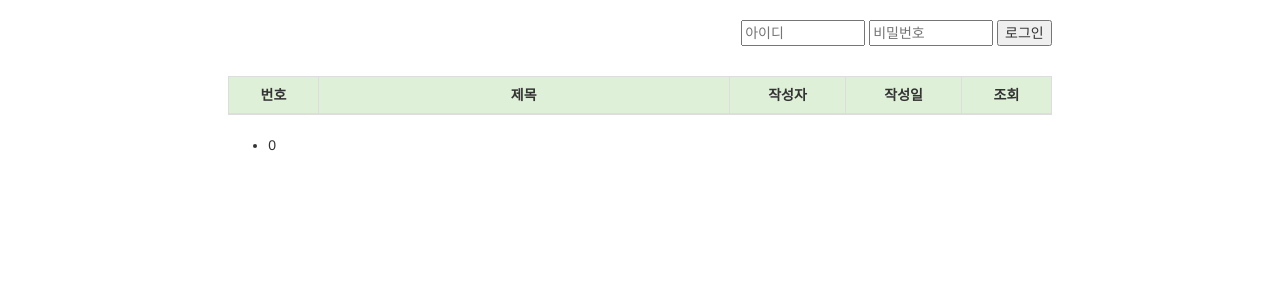
Repository: JinYongHyeon/kosta
Page: http://localhost/webstudy40-board-step4-update/
The author's editor kept a copy of each file at every save. The page is drawn from the files as they stood at one save, then again after the next save.
The browser window is 1280 px wide. The pictures show the whole page.
The page is served by Tomcat 9. Other server files are loaded and not shown. Queries for data that is not in the repository find no rows.

Above is the page before, as saved 2020-09-30 08:14:03.

### web-workspace2/webstudy40-board-step4-update/WebContent/index.jsp
<%@ page language="java" contentType="text/html; charset=UTF-8"
    pageEncoding="UTF-8"%>
    <%@ taglib prefix="c" uri="http://java.sun.com/jsp/jstl/core"%>
 <jsp:forward page="front">
 	<jsp:param name="command" value="List" />
 </jsp:forward>

### web-workspace2/webstudy40-board-step4-update/WebContent/template/layout.jsp
<%@ page language="java" contentType="text/html; charset=UTF-8"
    pageEncoding="UTF-8"%>
<%@ taglib prefix="c" uri="http://java.sun.com/jsp/jstl/core" %>
<!DOCTYPE html>
<html lang="en">
<head>
  <title>board</title>
  <meta charset="utf-8">
  <meta name="viewport" content="width=device-width, initial-scale=1">
  <link rel="stylesheet" href="https://maxcdn.bootstrapcdn.com/bootstrap/3.3.7/css/bootstrap.min.css">
  <link rel="stylesheet" href="${pageContext.request.contextPath}/css/myhome.css">
</head>
<body>
<!-- container-fluid: 화면 너비와 상관없이 항상 100% -->
<div class="container-fluid">
  <div class="row header">
    <div class="col-sm-8 col-sm-offset-2" align="right">
   	<c:import url="/template/header.jsp"></c:import>
    </div>
  </div>
  <div class="row main">
    <div class="col-sm-8 col-sm-offset-2">
	<c:import url="${url}"></c:import>
    </div>
  </div>
</div>
</body>
</html>

### web-workspace2/webstudy40-board-step4-update/WebContent/template/header.jsp
<%@ page language="java" contentType="text/html; charset=UTF-8"
    pageEncoding="UTF-8"%>
    <%@ taglib prefix="c" uri="http://java.sun.com/jsp/jstl/core" %>
   <script type="text/javascript">
	function logout(){
		var f=confirm("로그아웃하시겠습니까?");
		if(f)
			location.href="${pageContext.request.contextPath}/front?command=Logout";
	}
</script>
<c:choose>
<c:when test="${sessionScope.mvo==null}">
<form method="post" action="${pageContext.request.contextPath}/front">
<input type="hidden" name="command" value="Login">
    <input type="text" name="id"   placeholder="아이디" size="12">
   <input type="password" name="password"  placeholder="비밀번호" size="12">
    <input type="submit" value="로그인">
</form>
</c:when>
<c:otherwise>
<a href="${pageContext.request.contextPath}/index.jsp">홈</a>&nbsp;&nbsp;
<a href="${pageContext.request.contextPath}/front?command=WritePostForm">글쓰기</a>&nbsp;&nbsp;
 ${sessionScope.mvo.name}님 &nbsp;&nbsp;
 <a href="javascript:logout()">로그아웃</a>
</c:otherwise>
</c:choose>

### web-workspace2/webstudy40-board-step4-update/WebContent/board/list.jsp
<%@ page language="java" contentType="text/html; charset=UTF-8"
	pageEncoding="UTF-8"%>
<%@ taglib prefix="c" uri="http://java.sun.com/jsp/jstl/core"%>
<table class="table table-bordered  table-hover boardlist">
	<thead>
		<tr class="success">
			<th>번호</th>
			<th class="title">제목</th>
			<th>작성자</th>
			<th>작성일</th>
			<th>조회</th>
		</tr>
	</thead>
	<tbody>
		<c:forEach var="pvo" items="${requestScope.lvo.list}">
			<tr>
				<td>${pvo.no }</td>
				<td><c:choose>
						<c:when test="${sessionScope.mvo!=null}">
							<a
								href="${pageContext.request.contextPath}/front?command=PostDetail&no=${pvo.no }">
								${pvo.title }</a>
						</c:when>
						<c:otherwise>
				${pvo.title }
				</c:otherwise>
					</c:choose></td>
				<td>${pvo.memberVO.name }</td>
				<td>${pvo.timePosted }</td>
				<td>${pvo.hits }</td>
			</tr>
		</c:forEach>
	</tbody>
</table>
<c:set value="${requestScoe.pagingBean}" var="bean"></c:set>
${bean.endPageGroup}
<ul>
	<c:forEach var="page" begin="${bean.startPageGroup}"
		end="${bean.endPageGroup}">
		<li>${page}</li>
	</c:forEach>
</ul>

### web-workspace2/webstudy40-board-step4-update/src/org/kosta/controller/HandlerMapping.java
package org.kosta.controller;

public class HandlerMapping {
	private static HandlerMapping instance=new HandlerMapping();
	private HandlerMapping() {}
	public static HandlerMapping getInstance() {
		return instance;
	}
	public Controller create(String command) {
		Controller controller=null;
		if(command.equals("List")){
			controller=new ListController();
		}else if(command.equals("Login")){
			controller=new LoginController();
		}else if(command.equals("Logout")){
			controller=new LogoutController();
		}else if(command.equals("PostDetail")){
			controller=new PostDetailController();
		}else if (command.equals("WritePostForm")) {
			controller = new WritePostFormController();
		}else if (command.equals("WritePost")) {
			controller = new WritePostController();
		}else if(command.equals("PostDetailNoHits")){
			controller=new PostDetailNoHitsController();
		}else if(command.equals("DeletePost")){
			controller=new DeletePostController();
		}else if(command.equals("UpdatePostForm")){
			controller=new UpdatePostFormController();
		}else if(command.equals("UpdatePost")){
			controller=new UpdatePostController();
		}
		return controller;
	}
}

### web-workspace2/webstudy40-board-step4-update/src/org/kosta/controller/Controller.java
package org.kosta.controller;

import javax.servlet.http.HttpServletRequest;
import javax.servlet.http.HttpServletResponse;

public interface Controller {
	public String execute(HttpServletRequest request,
			HttpServletResponse response) throws Exception;
}

### web-workspace2/webstudy40-board-step4-update/src/org/kosta/controller/ListController.java
package org.kosta.controller;

import java.util.ArrayList;

import javax.servlet.http.HttpServletRequest;
import javax.servlet.http.HttpServletResponse;

import org.kosta.model.BoardDAO;
import org.kosta.model.ListVO;
import org.kosta.model.PagingBean;
import org.kosta.model.PostVO;


public class ListController  implements Controller {
	@Override
	public String execute(HttpServletRequest request,
			HttpServletResponse response) throws Exception {
		//ArrayList<PostVO> list=BoardDAO.getInstance().getPostingList();
		//request.setAttribute("list", list);
		String nowPage = request.getParameter("nowPage");
		PagingBean pagingBean = null;
		int totalRow = BoardDAO.getInstance().getBoardAllRow();
		if(nowPage == null) {
		pagingBean = new PagingBean(totalRow);
		}else {
		pagingBean = new PagingBean(totalRow,Integer.parseInt(nowPage));
		}
		ArrayList<PostVO> pvoList = BoardDAO.getInstance().getPostingList(pagingBean);
		ListVO lvo = new ListVO(pvoList, pagingBean);
		request.setAttribute("lvo", lvo);
		request.setAttribute("url", "/board/list.jsp");
		return "/template/layout.jsp";
	}
}

### web-workspace2/webstudy40-board-step4-update/src/org/kosta/model/BoardDAO.java
package org.kosta.model;

import java.sql.Connection;
import java.sql.PreparedStatement;
import java.sql.ResultSet;
import java.sql.SQLException;
import java.util.ArrayList;

import javax.sql.DataSource;

public class BoardDAO {
	private static BoardDAO dao=new BoardDAO();
	private DataSource dataSource;
	private BoardDAO(){
		dataSource=DataSourceManager.getInstance().getDataSource();
	}
	public static BoardDAO getInstance(){
		return dao;
	}
	public Connection getConnection() throws SQLException{
		return dataSource.getConnection();
	}
	public void closeAll(PreparedStatement pstmt,Connection con) throws SQLException{
		if(pstmt!=null)
			pstmt.close();
		if(con!=null)
			con.close();
	}
	public void closeAll(ResultSet rs,PreparedStatement pstmt,Connection con) throws SQLException{
		if(rs!=null)
			rs.close();
		closeAll(pstmt,con);
	}

	public int getBoardAllRow() throws SQLException {
		int total = 0;
		Connection con =null;
		PreparedStatement pstmt = null;
		ResultSet rs  = null;
		try {
			con =dataSource.getConnection();
			String sql = "SELECT COUNT(*) FROM board";
			pstmt = con.prepareStatement(sql);
			rs = pstmt.executeQuery();
			if(rs.next()) {
				total = rs.getInt(1);
			}
		}finally {
			closeAll(rs,pstmt,con);
		}
		return total;
	}
	/**
	 * 페이지 번호에 해당하는 게시물 목록 리스트를 반환하는 메서드
	 * LIST SQL -> Test 후 반영하세요
	    SELECT b.no,b.title,b.hits,to_char(time_posted,'YYYY.MM.DD') as time_posted,m.id,m.name
		FROM board b , board_member m
		WHERE b.id=m.id
		order by no desc
	 * @param pageNo
	 * @return
	 * @throws SQLException
	 *
	 */
	public ArrayList<PostVO> getPostingList(PagingBean bean) throws SQLException{
		ArrayList<PostVO> list=new ArrayList<PostVO>();
		Connection con=null;
		PreparedStatement pstmt=null;
		ResultSet rs=null;
		try{
			con=getConnection();
			StringBuilder sql=new StringBuilder();
			sql.append("SELECT b.no,b.title,b.hits,b.time_posted,m.id,m.name ");
			sql.append("FROM(SELECT ROW_NUMBER() OVER(ORDER BY no DESC) AS rnum, no,title,hits,to_char(time_posted,'YYYY.MM.DD') as time_posted,id FROM board)");
			sql.append("b,board_member m WHERE b.id=m.id AND b.rnum BETWEEN ? AND ?");
			pstmt=con.prepareStatement(sql.toString());
			pstmt.setInt(1, bean.getPageStartRow());
			pstmt.setInt(2, bean.getPageEndRow());
			rs=pstmt.executeQuery();
			//목록에서 게시물 content는 필요없으므로 null로 setting
			//select no,title,time_posted,hits,id,name
			while(rs.next()){
				PostVO pvo=new PostVO();
				pvo.setNo(rs.getString(1));
				pvo.setTitle(rs.getString(2));
				pvo.setHits(rs.getInt(3));
				pvo.setTimePosted(rs.getString(4));
				MemberVO mvo=new MemberVO();
				mvo.setId(rs.getString(5));
				mvo.setName(rs.getString(6));
				pvo.setMemberVO(mvo);
				list.add(pvo);
			}
		}finally{
			closeAll(rs,pstmt,con);
		}
		return list;
	}
	 /**
     * Sequence 글번호로 게시물을 검색하는 메서드
     * @param no
     * @return
     * @throws SQLException
     */
	public PostVO getPostingByNo(String no) throws SQLException{
		PostVO pvo=null;
		Connection con=null;
		PreparedStatement pstmt=null;
		ResultSet rs=null;
		try{
			con=getConnection();
			StringBuilder sql=new StringBuilder();
			sql.append("select b.title,to_char(b.time_posted,'YYYY.MM.DD  HH24:MI:SS') as time_posted");
			sql.append(",b.content,b.hits,b.id,m.name");
			sql.append(" from board b,board_member m");
			sql.append(" where b.id=m.id and b.no=?");
			pstmt=con.prepareStatement(sql.toString());
			pstmt.setString(1, no);
			rs=pstmt.executeQuery();
			if(rs.next()){
				pvo=new PostVO();
				pvo.setNo(no);
				pvo.setTitle(rs.getString("title"));
				pvo.setContent(rs.getString("content"));
				pvo.setHits(rs.getInt("hits"));
				pvo.setTimePosted(rs.getString("time_posted"));
				MemberVO mvo=new MemberVO();
				mvo.setId(rs.getString("id"));
				mvo.setName(rs.getString("name"));
				pvo.setMemberVO(mvo);
			}
		}finally{
			closeAll(rs,pstmt,con);
		}
		return pvo;
	}
	/**
	 * 조회수 증가
	 * @param no
	 * @throws SQLException
	 */
	public void updateHit(String no) throws SQLException{
		Connection con=null;
		PreparedStatement pstmt=null;
		try{
			con=getConnection();
			String sql="update board set hits=hits+1 where no=?";
			pstmt=con.prepareStatement(sql);
			pstmt.setString(1, no);
			pstmt.executeUpdate();
		}finally{
			closeAll(pstmt,con);
		}
	}
	/**
	 * 게시물 등록 메서드
	 * 게시물 등록 후 생성된 시퀀스를 BoardVO에 setting 한다.
	 * insert into board(no,title,content,id,time_posted) values(board_seq.nextval,?,?,?,sysdate)
	 * @param vo
	 * @throws SQLException
	 */
	public void posting(PostVO vo) throws SQLException{
		Connection con=null;
		PreparedStatement pstmt=null;
		ResultSet rs=null;
		try{
			con=getConnection();
			StringBuilder sql=new StringBuilder();
			sql.append("insert into board(no,title,content,id,time_posted) ");
			sql.append("values(board_seq.nextval,?,?,?,sysdate)");
			pstmt=con.prepareStatement(sql.toString());
			pstmt.setString(1, vo.getTitle());
			pstmt.setString(2, vo.getContent());
			pstmt.setString(3, vo.getMemberVO().getId());
			pstmt.executeUpdate();
			pstmt.close();
			pstmt=con.prepareStatement("select board_seq.currval from dual");
			rs=pstmt.executeQuery();
			if(rs.next())
			vo.setNo(rs.getString(1));
		}finally{
			closeAll(rs,pstmt,con);
		}
	}
	/**
	 * 글번호에 해당하는 게시물을 삭제하는 메서드
	 * @param no
	 * @throws SQLException
	 */
	public void deletePosting(int no) throws SQLException{
		Connection con=null;
		PreparedStatement pstmt=null;
		try{
			con=getConnection();
			pstmt=con.prepareStatement("delete from board where no=?");
			pstmt.setInt(1, no);
			pstmt.executeUpdate();
		}finally{
			closeAll(pstmt,con);
		}
	}
	/**
	 * 게시물 정보 업데이트하는 메서드
	 * @param vo
	 * @throws SQLException
	 */
	public void updatePosting(PostVO vo) throws SQLException{
		Connection con=null;
		PreparedStatement pstmt=null;
		try{
			con=getConnection();
			pstmt=con.prepareStatement("update board set title=?,content=? where no=?");
			pstmt.setString(1, vo.getTitle());
			pstmt.setString(2, vo.getContent());
			pstmt.setString(3, vo.getNo());
			pstmt.executeUpdate();
		}finally{
			closeAll(pstmt,con);
		}
	}
}

### web-workspace2/webstudy40-board-step4-update/src/org/kosta/model/DataSourceManager.java
package org.kosta.model;

import javax.sql.DataSource;

import org.apache.tomcat.dbcp.dbcp2.BasicDataSource;



/**
 * 컨넥션 풀pool을 생성하여 공유하는 객체
 * (컨넥션풀은 컨넥션 필요시 생성,소멸하는
 * 방식이 아니라 빌려오고 반납받는 형식으로
 * 동작하여 성능을 향상시키는 것이 목적)
 *
 * 시스템 상에서 dbcp 는 하나만 존재하면 되고
 * 여러곳에서 사용하면 되므로 singleton pattern을
 * 적용하여 구현한다.
 * @author KOSTA
 *
 */
public class DataSourceManager {
	private static DataSourceManager instance
							=new DataSourceManager();
	private DataSource ds;
	private DataSourceManager(){
		BasicDataSource dataSource=new BasicDataSource();
		dataSource.setDriverClassName("oracle.jdbc.driver.OracleDriver");
		dataSource.setUrl("jdbc:oracle:thin:@127.0.0.1:1521:xe");
		dataSource.setUsername("scott");
		dataSource.setPassword("tiger");
		ds=dataSource;
	}
	public static DataSourceManager getInstance(){
		return instance;
	}
	public DataSource getDataSource(){
		return ds;
	}
}

### web-workspace2/webstudy40-board-step4-update/src/org/kosta/model/PagingBean.java
package org.kosta.model;

public class PagingBean {
	private int nowPage =1;
	//페이지당 게시물 수
	private int postCountPerPage = 5;
	//페이지 수
	private int postCountperPageGroup = 4;

	private int totalRow;


	public PagingBean(int totalRow) {
		this.totalRow = totalRow;
	}

	public PagingBean(int totalRow, int nowPage) {
		this.totalRow = totalRow;
		this.nowPage= nowPage;
	}
	//현 페이지 시작 번호
	public int getPageStartRow() {
		return (nowPage-1)*postCountPerPage+1;
	}

	//현 페이지 마지막 번호
	public int getPageEndRow() {
		return nowPage*postCountPerPage>totalRow?totalRow:nowPage*postCountPerPage;
	}

	//총 페이지
	public int getTotalPage() {
		return totalRow%postCountPerPage==0?totalRow/postCountPerPage:totalRow/postCountPerPage+1;
	}
	//총 그룹
	public int getTotalPageGroup() {
		return getTotalPage()%postCountperPageGroup==0?getTotalPage()/postCountperPageGroup:getTotalPage()/postCountperPageGroup+1;
	}

	//현재 그룹 번호
	public int getNowPageGroup(){
		return nowPage%postCountperPageGroup==0?nowPage/postCountperPageGroup:nowPage/postCountperPageGroup+1;
	}
	//현 그룹 시작번호
	public int getStartPageGroup() {
		return (getNowPageGroup()-1)*postCountperPageGroup+1;
	}
	//현 그룹 마지막 번호
	public int getEndPageGroup() {
		return getNowPageGroup()*postCountperPageGroup>getTotalPage()?getTotalPage():getNowPageGroup()*postCountperPageGroup;
	}
	//이전 페이지
	public boolean isPreviousPageGroup() {
		return getStartPageGroup()>1?true:false;
	}
	//다음 페이지
	public boolean isNextPageGroup() {
		return getEndPageGroup()<getTotalPageGroup()?true:false;
	}

	public static void main(String[] args) {
		PagingBean p = new PagingBean(47, 10);
		  // 현페이지의 시작 row number 를 조회 46
		  System.out.println("getBeginRowNumber:" + p.getPageStartRow());
		  // 현페이지의 마지막 row number 를 조회 47
		  System.out.println("getEndRowNumber:" + p.getPageEndRow());
		  // 전체 페이지 수 : 10
		  System.out.println("getTotalPage:" + p.getTotalPage());
		  // 전체 페이지 그룹 수 : 3
		  System.out.println("getTotalPageGroup:" + p.getTotalPageGroup());
		  System.out.println("////////////////////////////");
		  p = new PagingBean(31, 6);// 게시물수 31 현재 페이지 6
		  // 현페이지의 시작 row number 를 조회 26
		  System.out.println("getStartRowNumber:" + p.getPageStartRow());
		  // 현페이지의 마지막 row number 를 조회 30
		  System.out.println("getEndRowNumber:" + p.getPageEndRow());
		  // 게시물수 31 -> 총페이지수 7 -> 총페이지그룹->2
		 // 현재 페이지 그룹 : 2
		  System.out.println("getNowPageGroup:" + p.getNowPageGroup());
		  // 페이지 그룹의 시작 페이지 : 5
		  System.out.println("getStartPageOfPageGroup:" + p.getStartPageGroup());
		   // 페이지 그룹의 마지막 페이지 : 7
		  System.out.println("getEndPageOfPageGroup:" + p.getEndPageGroup());
		  // 이전 페이지 그룹이 있는 지 : true
		  System.out.println("isPreviousPageGroup:" + p.isPreviousPageGroup());
		  // 다음 페이지 그룹이 있는 지 : false
		  System.out.println("isNextPageGroup:" + p.isNextPageGroup());

	}

}

### web-workspace2/webstudy40-board-step4-update/src/org/kosta/model/ListVO.java
package org.kosta.model;

import java.util.ArrayList;

public class ListVO {
	private ArrayList<PostVO> list;
	private PagingBean pagingBean;

	public ListVO(ArrayList<PostVO> list, PagingBean pagingBean) {
		super();
		this.list = list;
		this.pagingBean = pagingBean;
	}

	public ArrayList<PostVO> getList() {
		return list;
	}

	public void setList(ArrayList<PostVO> list) {
		this.list = list;
	}

	public PagingBean getPagingBean() {
		return pagingBean;
	}

	public void setPagingBean(PagingBean pagingBean) {
		this.pagingBean = pagingBean;
	}

}

### web-workspace2/webstudy40-board-step4-update/src/org/kosta/model/PostVO.java
package org.kosta.model;

public class PostVO {
	private String no;
	private String title;
	private String content;
	private int hits;
	private String timePosted;
	private MemberVO memberVO;
	public PostVO() {
		super();
	}
	public PostVO(String no, String title, String content, int hits, String timePosted, MemberVO memberVO) {
		super();
		this.no = no;
		this.title = title;
		this.content = content;
		this.hits = hits;
		this.timePosted = timePosted;
		this.memberVO = memberVO;
	}
	public String getNo() {
		return no;
	}
	public void setNo(String no) {
		this.no = no;
	}
	public String getTitle() {
		return title;
	}
	public void setTitle(String title) {
		this.title = title;
	}
	public String getContent() {
		return content;
	}
	public void setContent(String content) {
		this.content = content;
	}
	public int getHits() {
		return hits;
	}
	public void setHits(int hits) {
		this.hits = hits;
	}
	public String getTimePosted() {
		return timePosted;
	}
	public void setTimePosted(String timePosted) {
		this.timePosted = timePosted;
	}
	public MemberVO getMemberVO() {
		return memberVO;
	}
	public void setMemberVO(MemberVO memberVO) {
		this.memberVO = memberVO;
	}
	@Override
	public String toString() {
		return "PostVO [no=" + no + ", title=" + title + ", content=" + content + ", hits=" + hits + ", timePosted="
				+ timePosted + ", memberVO=" + memberVO + "]";
	}


}

### web-workspace2/webstudy40-board-step4-update/WebContent/css/myhome.css
@charset "UTF-8";
.header {
	padding-top: 20px;
	padding-bottom: 30px;
}
.title {
	width: 50%;
}

.boardlist th,.boardlist td,.btnArea,.pagingArea{
	text-align: center;
}

After the next save:
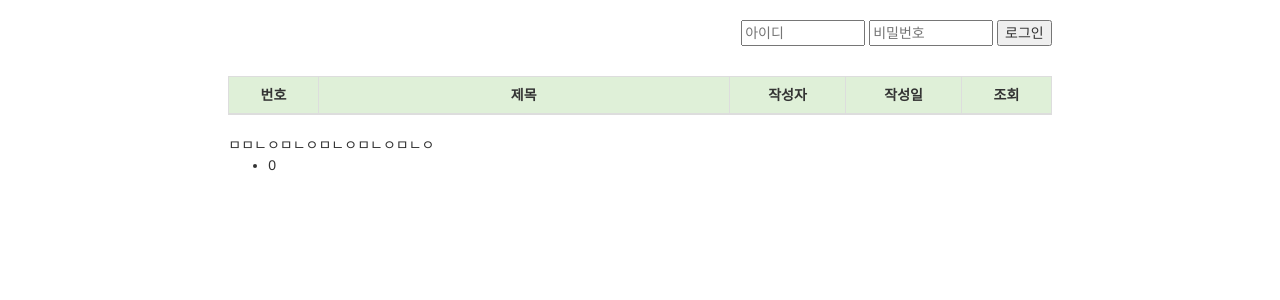
Saved 13 s later.
--- a/web-workspace2/webstudy40-board-step4-update/WebContent/board/list.jsp
+++ b/web-workspace2/webstudy40-board-step4-update/WebContent/board/list.jsp
@@ -33,7 +33,7 @@
 	</tbody>
 </table>
 <c:set value="${requestScoe.pagingBean}" var="bean"></c:set>
-${bean.endPageGroup}
+${bean.endPageGroup}ㅁㅁㄴㅇㅁㄴㅇㅁㄴㅇㅁㄴㅇㅁㄴㅇ
 <ul>
 	<c:forEach var="page" begin="${bean.startPageGroup}"
 		end="${bean.endPageGroup}">

After the save that followed:
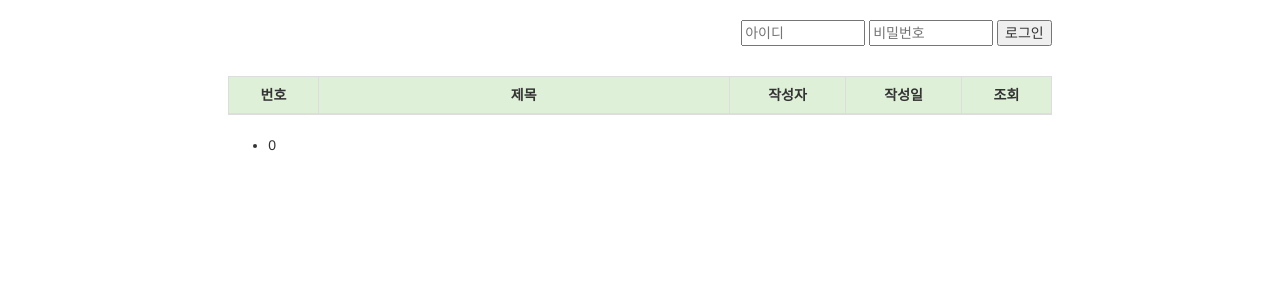
Saved 14 s later.
--- a/web-workspace2/webstudy40-board-step4-update/WebContent/board/list.jsp
+++ b/web-workspace2/webstudy40-board-step4-update/WebContent/board/list.jsp
@@ -33,7 +33,7 @@
 	</tbody>
 </table>
 <c:set value="${requestScoe.pagingBean}" var="bean"></c:set>
-${bean.endPageGroup}ㅁㅁㄴㅇㅁㄴㅇㅁㄴㅇㅁㄴㅇㅁㄴㅇ
+${bean.endPageGroup}
 <ul>
 	<c:forEach var="page" begin="${bean.startPageGroup}"
 		end="${bean.endPageGroup}">
